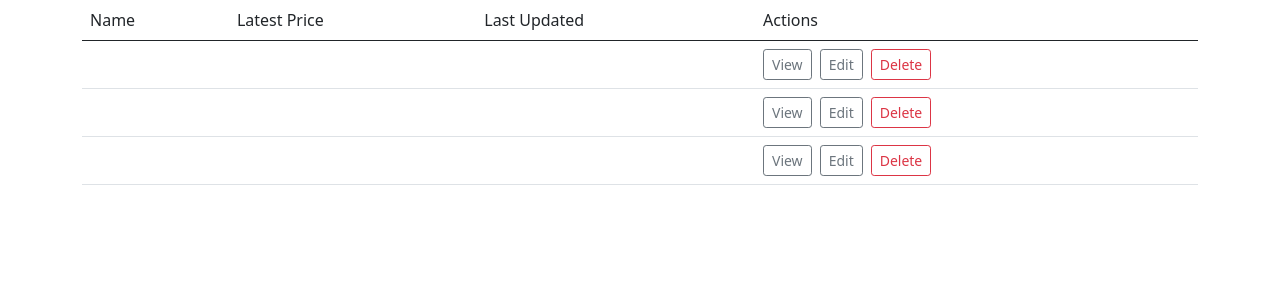
Repository: tHEO2k17/inventory-manager
Page: /
These files come from the project's save history. The page is drawn as it stood at one moment and after the next save; the edit follows.
The browser window is 1280 px wide. The pictures show the whole page.
The project was rebuilt for these pictures with package versions that can differ from the ones it lists, and the page was loaded fresh each time.

Above is the page before, as saved 2021-08-31 07:45:20.

After the next save:
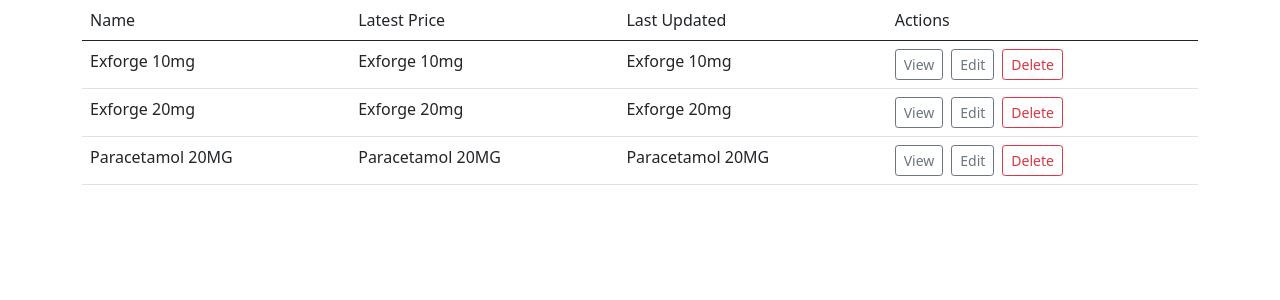
Saved 3 min 43 s later.
--- a/src/presentation/components/Product.tsx
+++ b/src/presentation/components/Product.tsx
@@ -1,6 +1,6 @@
 import { Button } from "react-bootstrap"
 
-const Product = (product: any) => {
+const Product = ({ product }: ProductProps) => {
     console.log("product", product);
     return (
         <tr>
@@ -18,3 +18,8 @@
 }
 
 export default Product;
+
+type ProductProps = {
+    key: any,
+    product: any
+}
